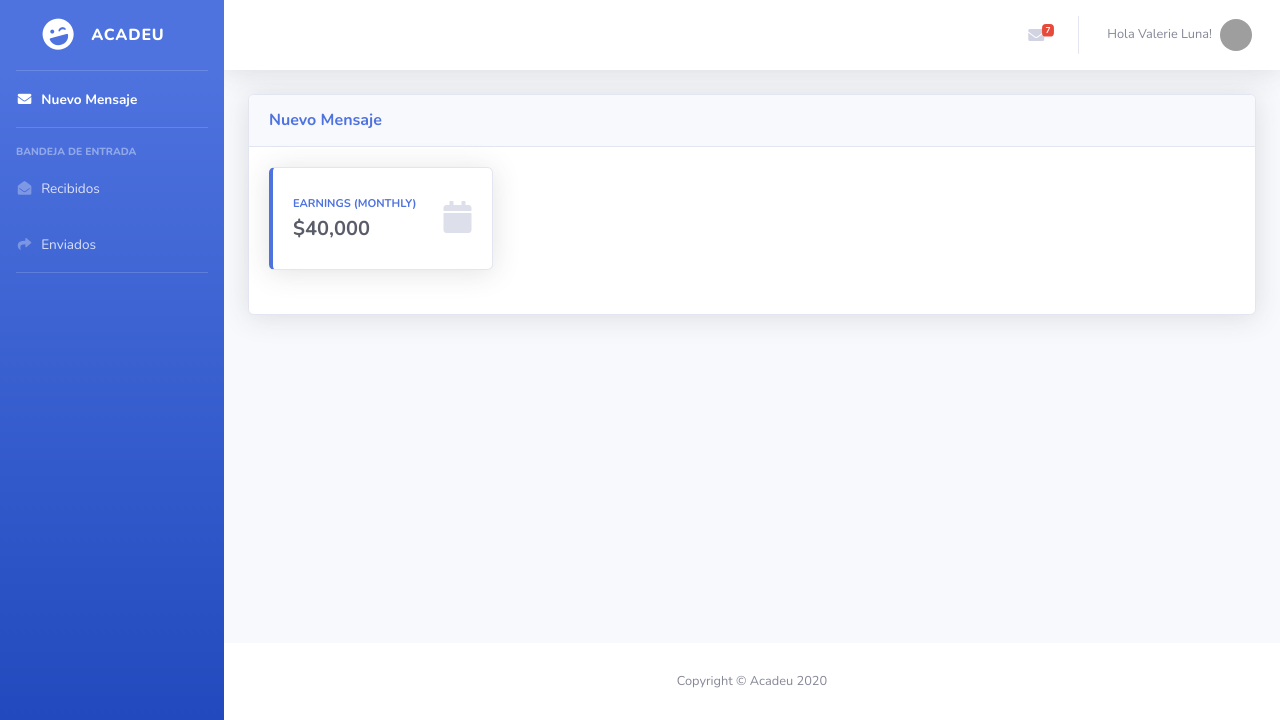
Repository: nicolask92/spring_java_test
Page: http://localhost/nuevo-mensaje
These files come from the project's save history. The page is drawn as it stood at one moment and after the next save; the edit follows.
The browser window is 1280 px wide. The pictures show the whole page.
Pictures or frames that could not be fetched are drawn as grey boxes. The page is this project's Thymeleaf template; nobody is signed in. Other server files are loaded and not shown. The template is opened directly, without the code that normally fills it, so the values that code supplies are empty.

Above is the page before, as saved 2020-06-13 21:32:38.

### spring-tutorial/src/main/resources/templates/nuevo-mensaje.html
<!DOCTYPE html>
<html xmlns:th="http://www.thymleaf.org">
<head>
<meta charset="utf-8" />
<meta http-equiv="X-UA-Compatible" content="IE=edge" />
<meta name="viewport"
	content="width=device-width, initial-scale=1, shrink-to-fit=no" />
<meta name="description" content="" />
<meta name="author" content="Nicolas Kloster" />

<title>Nuevo Mensaje</title>

<!-- Custom fonts for this template-->
<link th:href="@{/vendor/fontawesome-free/css/all.min.css}"
	rel="stylesheet" type="text/css" />
<link
	href="https://fonts.googleapis.com/css?family=Nunito:200,200i,300,300i,400,400i,600,600i,700,700i,800,800i,900,900i"
	rel="stylesheet" />

<!-- Custom styles for this template-->
<link th:href="@{/css/sb-admin-2.min.css}" rel="stylesheet" />

<!-- Custom styles for this page -->
<link th:href="@{/vendor/datatables/dataTables.bootstrap4.min.css}"
	rel="stylesheet">
</head>
<body id="page-top">

	<!-- Page Wrapper -->
	<div id="wrapper">

		<!-- Sidebar -->
		<ul
			class="navbar-nav bg-gradient-primary sidebar sidebar-dark accordion"
			id="accordionSidebar">

			<!-- Sidebar - Brand -->
			<a
				class="sidebar-brand d-flex align-items-center justify-content-center"
				href="index.html">
				<div class="sidebar-brand-icon rotate-n-15">
					<i class="fas fa-laugh-wink"></i>
				</div>
				<div class="sidebar-brand-text mx-3">Acadeu</div>
			</a>

			<!-- Divider -->
			<hr class="sidebar-divider my-0">

			<!-- Nuevo Mensaje-->
			<li class="nav-item active"><a class="nav-link" th:href="@{/nuevo_mensaje}">
					<i class="fas fa-fw fa-envelope"></i> <span>Nuevo Mensaje</span>
			</a></li>

			<!-- Divider -->
			<hr class="sidebar-divider">

			<!-- Titulo Mensajes Barra Lateral -->
			<div class="sidebar-heading">Bandeja de Entrada</div>

			<!-- Recibidos y Enviados -->
			<li class="nav-item"><a class="nav-link" th:href="@{/index}"> <i
					class="fas fa-fw fa-envelope-open"></i> <span>Recibidos</span>
			</a></li>


			<li class="nav-item"><a class="nav-link collapsed" th:href="@{/enviados}">
					<i class="fas fa-fw fa-share"></i> <span>Enviados</span>
			</a></li>

			<!-- Divider -->
			<hr class="sidebar-divider">


		</ul>
		<!-- End of Sidebar -->

		<!-- Content Wrapper -->
		<div id="content-wrapper" class="d-flex flex-column">

			<!-- Main Content -->
			<div id="content">

				<!-- Topbar -->
				<nav
					class="navbar navbar-expand navbar-light bg-white topbar mb-4 static-top shadow">

					<!-- Sidebar Toggle (Topbar) -->
					<button id="sidebarToggleTop"
						class="btn btn-link d-md-none rounded-circle mr-3">
						<i class="fa fa-bars"></i>
					</button>


					<!-- Topbar Navbar -->
					<ul class="navbar-nav ml-auto">


						<!-- Alertas Mensajes-->

						<li class="nav-item dropdown no-arrow mx-1"><a
							class="nav-link dropdown-toggle" href="#" id="messagesDropdown"
							role="button" data-toggle="dropdown" aria-haspopup="true"
							aria-expanded="false"> <i class="fas fa-envelope fa-fw"></i>
								<!-- Counter - Messages --> <span
								class="badge badge-danger badge-counter">7</span>
						</a> <!-- Dropdown - Messages -->
							<div
								class="dropdown-list dropdown-menu dropdown-menu-right shadow animated--grow-in"
								aria-labelledby="messagesDropdown">
								<h6 class="dropdown-header">Message Center</h6>
								<a class="dropdown-item d-flex align-items-center" href="#">
									<div class="dropdown-list-image mr-3">
										<img class="rounded-circle"
											src="https://source.unsplash.com/fn_BT9fwg_E/60x60" alt="">
										<div class="status-indicator bg-success"></div>
									</div>
									<div class="font-weight-bold">
										<div class="text-truncate">Hi there! I am wondering if
											you can help me with a problem I've been having.</div>
										<div class="small text-gray-500">Emily Fowler · 58m</div>
									</div>
								</a> <a class="dropdown-item d-flex align-items-center" href="#">
									<div class="dropdown-list-image mr-3">
										<img class="rounded-circle"
											src="https://source.unsplash.com/AU4VPcFN4LE/60x60" alt="">
										<div class="status-indicator"></div>
									</div>
									<div>
										<div class="text-truncate">I have the photos that you
											ordered last month, how would you like them sent to you?</div>
										<div class="small text-gray-500">Jae Chun · 1d</div>
									</div>
								</a> <a class="dropdown-item d-flex align-items-center" href="#">
									<div class="dropdown-list-image mr-3">
										<img class="rounded-circle"
											src="https://source.unsplash.com/CS2uCrpNzJY/60x60" alt="">
										<div class="status-indicator bg-warning"></div>
									</div>
									<div>
										<div class="text-truncate">Last month's report looks
											great, I am very happy with the progress so far, keep up the
											good work!</div>
										<div class="small text-gray-500">Morgan Alvarez · 2d</div>
									</div>
								</a> <a class="dropdown-item d-flex align-items-center" href="#">
									<div class="dropdown-list-image mr-3">
										<img class="rounded-circle"
											src="https://source.unsplash.com/Mv9hjnEUHR4/60x60" alt="">
										<div class="status-indicator bg-success"></div>
									</div>
									<div>
										<div class="text-truncate">Am I a good boy? The reason I
											ask is because someone told me that people say this to all
											dogs, even if they aren't good...</div>
										<div class="small text-gray-500">Chicken the Dog · 2w</div>
									</div>
								</a> <a class="dropdown-item text-center small text-gray-500"
									href="#">Read More Messages</a>
							</div></li>

						<div class="topbar-divider d-none d-sm-block"></div>

						<!-- Nav Item - Informacion de Usuario -->
						<li class="nav-item dropdown no-arrow"><a
							class="nav-link dropdown-toggle" href="#" id="userDropdown"
							role="button" data-toggle="dropdown" aria-haspopup="true"
							aria-expanded="false"> <span
								class="mr-2 d-none d-lg-inline text-gray-600 small">Hola
									Valerie Luna!</span> <img class="img-profile rounded-circle"
								src="https://source.unsplash.com/QAB-WJcbgJk/60x60">
						</a> <!-- Dropdown - Logout y Perfil -->
							<div
								class="dropdown-menu dropdown-menu-right shadow animated--grow-in"
								aria-labelledby="userDropdown">
								<a class="dropdown-item" href="#"> <i
									class="fas fa-user fa-sm fa-fw mr-2 text-gray-400"></i> Perfil
								</a>
								<div class="dropdown-divider"></div>
								<a class="dropdown-item" href="#" data-toggle="modal"
									data-target="#logoutModal"> <i
									class="fas fa-sign-out-alt fa-sm fa-fw mr-2 text-gray-400"></i>
									Cerrar Sesion
								</a>
							</div></li>

					</ul>

				</nav>
				<!-- Termina la barra superior -->

				<!-- Begin Page Content -->
				<div class="container-fluid">



					<!-- Mensajes -->
					<div class="card shadow mb-4">
						<div class="card-header py-3">
							<h6 class="m-0 font-weight-bold text-primary">Nuevo Mensaje</h6>
						</div>

						<div class="card-body">
													<div class="row">
							<div class="col-xl-3 col-md-6 mb-4">
				              <div class="card border-left-primary shadow h-100 py-2">
				                <div class="card-body">
				                  <div class="row no-gutters align-items-center">
				                    <div class="col mr-2">
				                      <div class="text-xs font-weight-bold text-primary text-uppercase mb-1">Earnings (Monthly)</div>
				                      <div class="h5 mb-0 font-weight-bold text-gray-800">$40,000</div>
				                    </div>
				                    <div class="col-auto">
				                      <i class="fas fa-calendar fa-2x text-gray-300"></i>
				                    </div>
				                  </div>
				                </div>
				              </div>
				            </div>
						</div>
						</div>
					</div>

				</div>
				<!-- /.container-fluid -->

			</div>
			<!-- End of Main Content -->

			<!-- Footer -->
			<footer class="sticky-footer bg-white">
				<div class="container my-auto">
					<div class="copyright text-center my-auto">
						<span>Copyright &copy; Acadeu 2020</span>
					</div>
				</div>
			</footer>
			<!-- End of Footer -->

		</div>
		<!-- End of Content Wrapper -->

	</div>
	<!-- End of Page Wrapper -->

	<!-- Scroll to Top Button-->
	<a class="scroll-to-top rounded" href="#page-top"> <i
		class="fas fa-angle-up"></i>
	</a>



	<!-- Bootstrap core JavaScript-->
	<script th:src="@{/vendor/jquery/jquery.min.js}"></script>
	<script th:src="@{/vendor/bootstrap/js/bootstrap.bundle.min.js}"></script>

	<!-- Core plugin JavaScript-->
	<script th:src="@{/vendor/jquery-easing/jquery.easing.min.js}"></script>

	<!-- Custom scripts for all pages-->
	<script th:src="@{/js/sb-admin-2.min.js}"></script>

	<!-- Page level plugins -->
	<script th:src="@{/vendor/datatables/jquery.dataTables.min.js}"></script>
	<script th:src="@{/vendor/datatables/dataTables.bootstrap4.min.js}"></script>

	<!-- Page level custom scripts -->
	<script th:src="@{/js/demo/datatables-demo.js}"></script>

	<script>

	</script>

</body>
</html>

### spring-tutorial/src/main/resources/static/js/demo/datatables-demo.js
// Call the dataTables jQuery plugin
$(document).ready(function() {
  $('#dataTable').DataTable({
		"language": {
		      "url": "//cdn.datatables.net/plug-ins/1.10.15/i18n/Spanish.json"
		    }
  });
});

Loaded but not shown: spring-tutorial/src/main/resources/static/css/sb-admin-2.min.css (library); spring-tutorial/src/main/resources/static/js/sb-admin-2.min.js (common file)

After the next save:
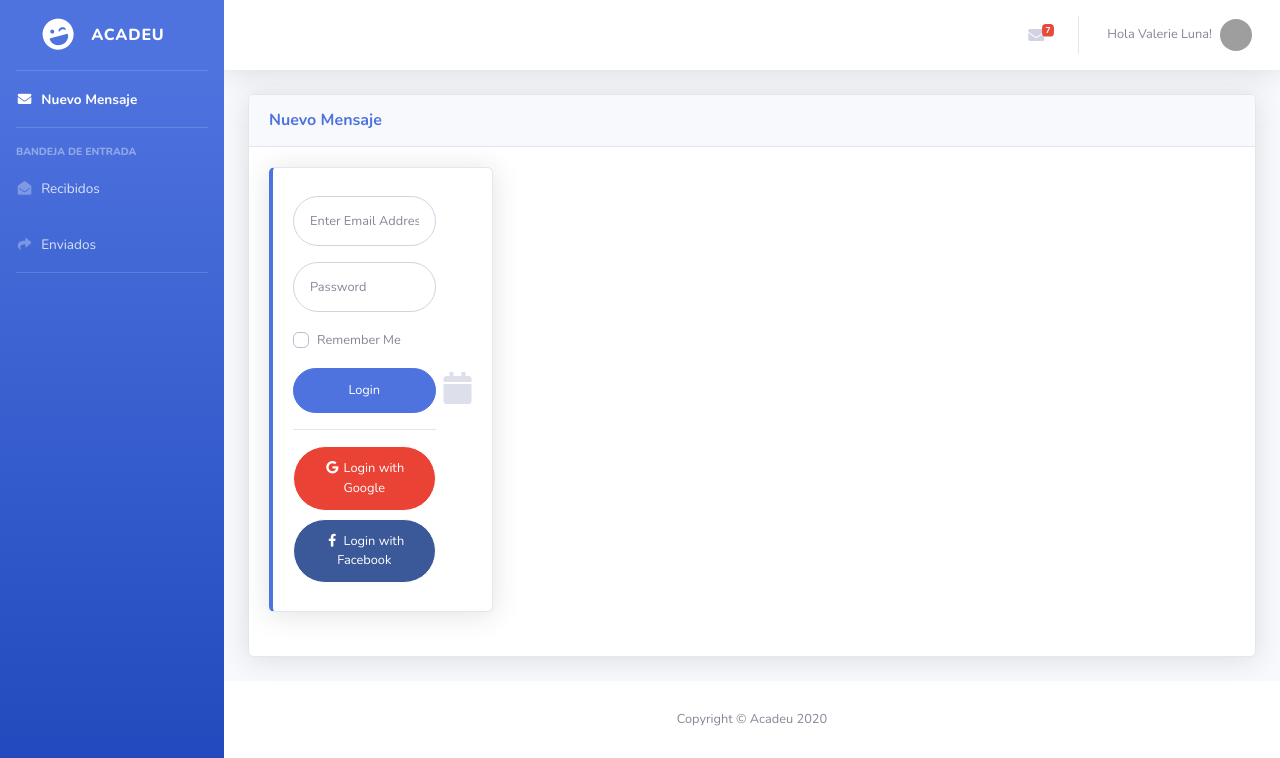
Saved 112 s later.
--- a/spring-tutorial/src/main/resources/templates/nuevo-mensaje.html
+++ b/spring-tutorial/src/main/resources/templates/nuevo-mensaje.html
@@ -201,23 +201,47 @@
 						</div>
 
 						<div class="card-body">
-													<div class="row">
-							<div class="col-xl-3 col-md-6 mb-4">
-				              <div class="card border-left-primary shadow h-100 py-2">
-				                <div class="card-body">
-				                  <div class="row no-gutters align-items-center">
-				                    <div class="col mr-2">
-				                      <div class="text-xs font-weight-bold text-primary text-uppercase mb-1">Earnings (Monthly)</div>
-				                      <div class="h5 mb-0 font-weight-bold text-gray-800">$40,000</div>
-				                    </div>
-				                    <div class="col-auto">
-				                      <i class="fas fa-calendar fa-2x text-gray-300"></i>
-				                    </div>
-				                  </div>
-				                </div>
-				              </div>
-				            </div>
-						</div>
+							<div class="row">
+								<div class="col-xl-3 col-md-6 mb-4">
+					              <div class="card border-left-primary shadow h-100 py-2">
+					                <div class="card-body">
+					                  <div class="row no-gutters align-items-center">
+					                    <div class="col mr-2">
+					                                       <form class="user">
+                    <div class="form-group">
+                      <input type="email" class="form-control form-control-user" id="exampleInputEmail"
+                        aria-describedby="emailHelp" placeholder="Enter Email Address...">
+                    </div>
+                    <div class="form-group">
+                      <input type="password" class="form-control form-control-user" id="exampleInputPassword"
+                        placeholder="Password">
+                    </div>
+                    <div class="form-group">
+                      <div class="custom-control custom-checkbox small">
+                        <input type="checkbox" class="custom-control-input" id="customCheck">
+                        <label class="custom-control-label" for="customCheck">Remember Me</label>
+                      </div>
+                    </div>
+                    <a href="index.html" class="btn btn-primary btn-user btn-block">
+                      Login
+                    </a>
+                    <hr>
+                    <a href="index.html" class="btn btn-google btn-user btn-block">
+                      <i class="fab fa-google fa-fw"></i> Login with Google
+                    </a>
+                    <a href="index.html" class="btn btn-facebook btn-user btn-block">
+                      <i class="fab fa-facebook-f fa-fw"></i> Login with Facebook
+                    </a>
+                  </form>
+					                    </div>
+					                    <div class="col-auto">
+					                      <i class="fas fa-calendar fa-2x text-gray-300"></i>
+					                    </div>
+					                  </div>
+					                </div>
+					              </div>
+					            </div>
+							</div>
 						</div>
 					</div>
 
